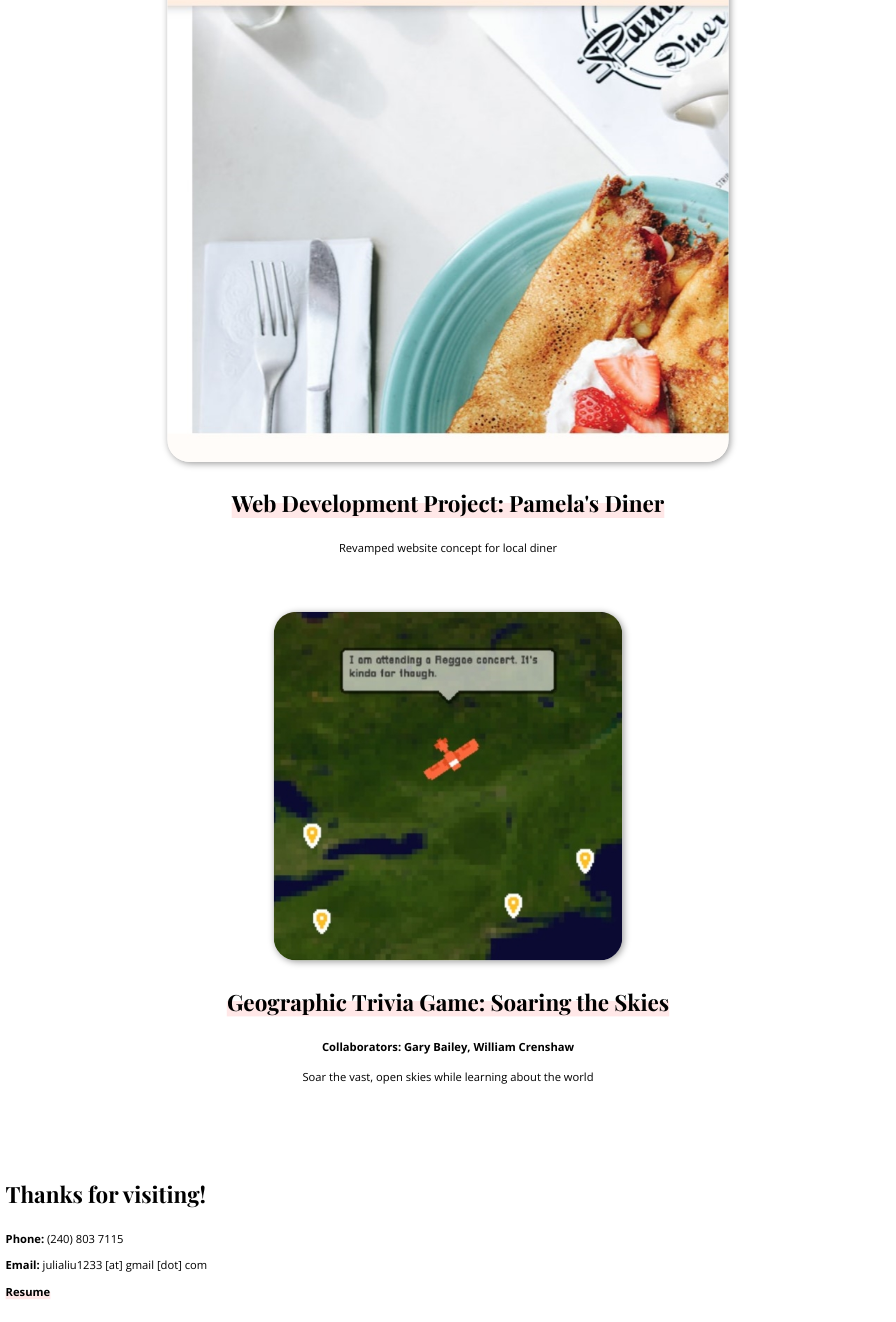
Repository: liu-julia/liu-julia.github.io
Page: index.html
The author's editor kept a copy of each file at every save. The page is drawn from the files as they stood at one save, then again after the next save.
The browser window is 1280 px wide. The pictures show the part of the page from y = 3750 to 5670 px (the page is 5638 px tall before and 5670 px after), at 70% of full size.

Above is the page before, as saved 2022-08-02 11:58:04.

After the next save:
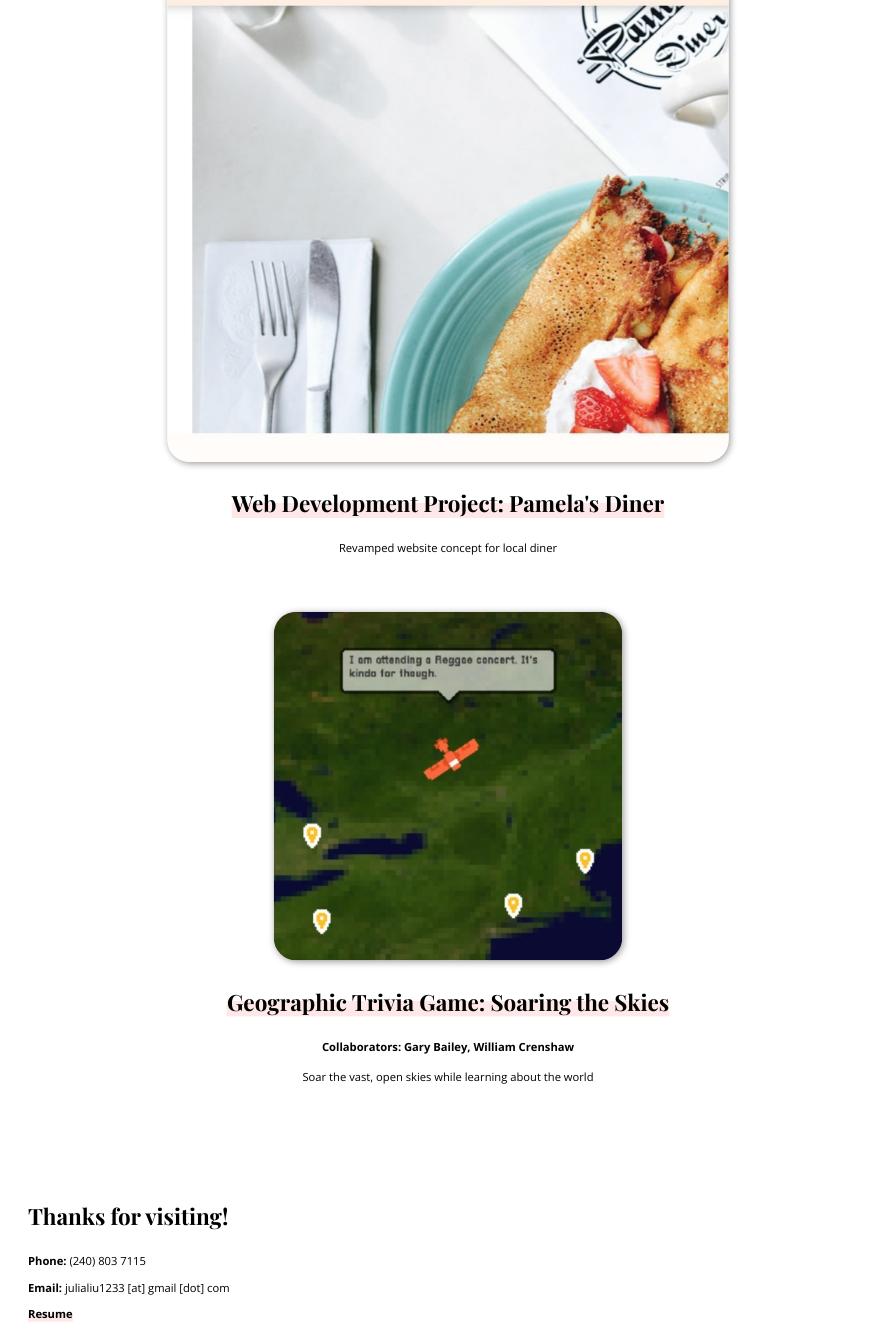
Saved 8 s later.
--- a/css/mobile.css
+++ b/css/mobile.css
@@ -110,5 +110,5 @@
     font-size: 2em;
 }
 #foot {
-    padding-bottom: 2em;
+    padding: 2em;
 }
